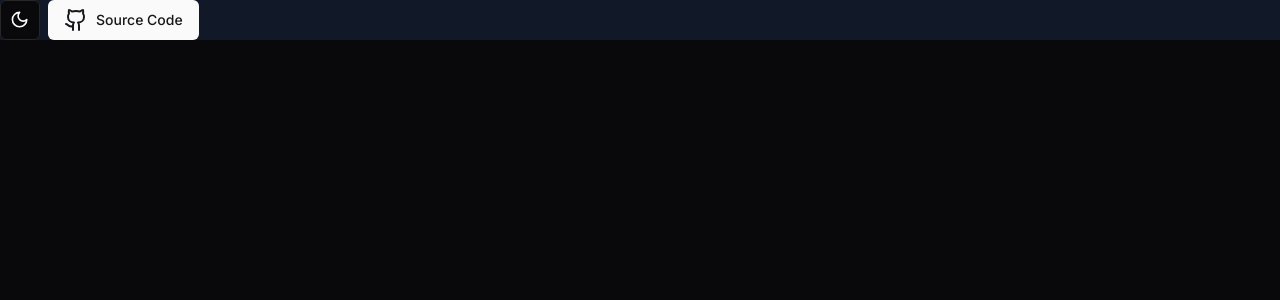
Repository: Young-Dev001/weather-app
Page: /
The author's editor kept a copy of each file at every save. The page is drawn from the files as they stood at one save, then again after the next save.
The browser window is 1280 px wide. The pictures show the whole page.
The project was rebuilt for these pictures with package versions that can differ from the ones it lists, and the page was loaded fresh each time. The framework's server and built-in components were replaced by stand-ins that run in the browser. Also part of the build but not shown: next.config.mjs.

Above is the page before, as saved 2024-06-09 11:39:56.

### app/layout.tsx
import type { Metadata } from "next";
import "./globals.css";
import { Inter as FontSans } from "next/font/google";
import { ThemeProvider } from "@/providers/theme-provider";

// Assign the font loader to a constant
const inter = FontSans({
  subsets: ["latin"],
  variable: "--font-sans",
});

export const metadata: Metadata = {
  title: "Weather App",
  description: "Generated by create next app",
};

export default function RootLayout({
  children,
}: Readonly<{
  children: React.ReactNode;
}>) {
  return (
    <html lang="en">
      <body className={inter.className}>
        <ThemeProvider
          attribute="class"
          defaultTheme="dark"
          enableSystem
          disableTransitionOnChange
        >
          {children}
        </ThemeProvider>
      </body>
    </html>
  );
}

### app/page.tsx
import Navbar from "@/components/Navbar";
import Image from "next/image";

export default function Home() {
  return (
    <main>
      <div>
        <Navbar />
      </div>
    </main>
  );
}

### app/globals.css
@tailwind base;
  @tailwind components;
  @tailwind utilities;


  @layer base {
    :root {
      --background: 0 0% 100%;
      --foreground: 240 10% 3.9%;
      --card: 0 0% 100%;
      --card-foreground: 240 10% 3.9%;
      --popover: 0 0% 100%;
      --popover-foreground: 240 10% 3.9%;
      --primary: 240 5.9% 10%;
      --primary-foreground: 0 0% 98%;
      --secondary: 240 4.8% 95.9%;
      --secondary-foreground: 240 5.9% 10%;
      --muted: 240 4.8% 95.9%;
      --muted-foreground: 240 3.8% 46.1%;
      --accent: 240 4.8% 95.9%;
      --accent-foreground: 240 5.9% 10%;
      --destructive: 0 84.2% 60.2%;
      --destructive-foreground: 0 0% 98%;
      --border: 240 5.9% 90%;
      --input: 240 5.9% 90%;
      --ring: 240 5.9% 10%;
      --radius: 0.5rem;
    }

    .dark {
      --background: 240 10% 3.9%;
      --foreground: 0 0% 98%;
      --card: 240 10% 3.9%;
      --card-foreground: 0 0% 98%;
      --popover: 240 10% 3.9%;
      --popover-foreground: 0 0% 98%;
      --primary: 0 0% 98%;
      --primary-foreground: 240 5.9% 10%;
      --secondary: 240 3.7% 15.9%;
      --secondary-foreground: 0 0% 98%;
      --muted: 240 3.7% 15.9%;
      --muted-foreground: 240 5% 64.9%;
      --accent: 240 3.7% 15.9%;
      --accent-foreground: 0 0% 98%;
      --destructive: 0 62.8% 30.6%;
      --destructive-foreground: 0 0% 98%;
      --border: 240 3.7% 15.9%;
      --input: 240 3.7% 15.9%;
      --ring: 240 4.9% 83.9%;
    }
  }

  @layer base {
    * {
      @apply border-border;
    }
    body {
      @apply bg-background text-foreground;
    }
  }

### components/Navbar.tsx
"use client"
import React from 'react'
import { useRouter } from 'next/navigation';
import { github } from '@/app/utils/icons';
import { Button } from './ui/button';
import ThemeDropDown from './ThemeDropDown';

function Navbar() {
const router = useRouter()

  return (
    <div className="bg-white border-gray-200 dark:bg-gray-900">
    <div className="left"></div>
    <div className="search-container flex shrink-0 w-full gap-2 sm:w-fit">
    <ThemeDropDown />
        <Button type="button" className="source-code flex items-center gap-2"
            onClick={() =>  router.push("/github")}>
                {github}Source Code
        </Button>
    </div>
    </div>

  );
}

export default Navbar

### app/utils/icons.tsx
import { Github, Sun } from "lucide-react";





export const github = <Github />;
export const sun = <Sun />

### components/ui/button.tsx
import * as React from "react"
import { Slot } from "@radix-ui/react-slot"
import { cva, type VariantProps } from "class-variance-authority"

import { cn } from "@/lib/utils"

const buttonVariants = cva(
  "inline-flex items-center justify-center whitespace-nowrap rounded-md text-sm font-medium ring-offset-background transition-colors focus-visible:outline-none focus-visible:ring-2 focus-visible:ring-ring focus-visible:ring-offset-2 disabled:pointer-events-none disabled:opacity-50",
  {
    variants: {
      variant: {
        default: "bg-primary text-primary-foreground hover:bg-primary/90",
        destructive:
          "bg-destructive text-destructive-foreground hover:bg-destructive/90",
        outline:
          "border border-input bg-background hover:bg-accent hover:text-accent-foreground",
        secondary:
          "bg-secondary text-secondary-foreground hover:bg-secondary/80",
        ghost: "hover:bg-accent hover:text-accent-foreground",
        link: "text-primary underline-offset-4 hover:underline",
      },
      size: {
        default: "h-10 px-4 py-2",
        sm: "h-9 rounded-md px-3",
        lg: "h-11 rounded-md px-8",
        icon: "h-10 w-10",
      },
    },
    defaultVariants: {
      variant: "default",
      size: "default",
    },
  }
)

export interface ButtonProps
  extends React.ButtonHTMLAttributes<HTMLButtonElement>,
    VariantProps<typeof buttonVariants> {
  asChild?: boolean
}

const Button = React.forwardRef<HTMLButtonElement, ButtonProps>(
  ({ className, variant, size, asChild = false, ...props }, ref) => {
    const Comp = asChild ? Slot : "button"
    return (
      <Comp
        className={cn(buttonVariants({ variant, size, className }))}
        ref={ref}
        {...props}
      />
    )
  }
)
Button.displayName = "Button"

export { Button, buttonVariants }

### components/ThemeDropDown.tsx
"use client"

import * as React from "react"
import { Moon, Sun } from "lucide-react"
import { useTheme } from "next-themes"

import { Button } from "@/components/ui/button"
import {
  DropdownMenu,
  DropdownMenuContent,
  DropdownMenuItem,
  DropdownMenuTrigger,
} from "@/components/ui/dropdown-menu"


function ThemeDropDown() {
    const { setTheme } = useTheme()
  return (
    <DropdownMenu>
      <DropdownMenuTrigger asChild>
        <Button variant="outline" size="icon">
          <Sun className="h-[1.2rem] w-[1.2rem] rotate-0 scale-100 transition-all dark:-rotate-90 dark:scale-0" />
          <Moon className="absolute h-[1.2rem] w-[1.2rem] rotate-90 scale-0 transition-all dark:rotate-0 dark:scale-100" />
          <span className="sr-only">Toggle theme</span>
        </Button>
      </DropdownMenuTrigger>
      <DropdownMenuContent align="end">
        <DropdownMenuItem onClick={() => setTheme("light")}>
          Light
        </DropdownMenuItem>
        <DropdownMenuItem onClick={() => setTheme("dark")}>
          Dark
        </DropdownMenuItem>
        <DropdownMenuItem onClick={() => setTheme("system")}>
          System
        </DropdownMenuItem>
      </DropdownMenuContent>
    </DropdownMenu>
  )
}

export default ThemeDropDown

### components/ui/dropdown-menu.tsx
"use client"

import * as React from "react"
import * as DropdownMenuPrimitive from "@radix-ui/react-dropdown-menu"
import { Check, ChevronRight, Circle } from "lucide-react"

import { cn } from "@/lib/utils"

const DropdownMenu = DropdownMenuPrimitive.Root

const DropdownMenuTrigger = DropdownMenuPrimitive.Trigger

const DropdownMenuGroup = DropdownMenuPrimitive.Group

const DropdownMenuPortal = DropdownMenuPrimitive.Portal

const DropdownMenuSub = DropdownMenuPrimitive.Sub

const DropdownMenuRadioGroup = DropdownMenuPrimitive.RadioGroup

const DropdownMenuSubTrigger = React.forwardRef<
  React.ElementRef<typeof DropdownMenuPrimitive.SubTrigger>,
  React.ComponentPropsWithoutRef<typeof DropdownMenuPrimitive.SubTrigger> & {
    inset?: boolean
  }
>(({ className, inset, children, ...props }, ref) => (
  <DropdownMenuPrimitive.SubTrigger
    ref={ref}
    className={cn(
      "flex cursor-default select-none items-center rounded-sm px-2 py-1.5 text-sm outline-none focus:bg-accent data-[state=open]:bg-accent",
      inset && "pl-8",
      className
    )}
    {...props}
  >
    {children}
    <ChevronRight className="ml-auto h-4 w-4" />
  </DropdownMenuPrimitive.SubTrigger>
))
DropdownMenuSubTrigger.displayName =
  DropdownMenuPrimitive.SubTrigger.displayName

const DropdownMenuSubContent = React.forwardRef<
  React.ElementRef<typeof DropdownMenuPrimitive.SubContent>,
  React.ComponentPropsWithoutRef<typeof DropdownMenuPrimitive.SubContent>
>(({ className, ...props }, ref) => (
  <DropdownMenuPrimitive.SubContent
    ref={ref}
    className={cn(
      "z-50 min-w-[8rem] overflow-hidden rounded-md border bg-popover p-1 text-popover-foreground shadow-lg data-[state=open]:animate-in data-[state=closed]:animate-out data-[state=closed]:fade-out-0 data-[state=open]:fade-in-0 data-[state=closed]:zoom-out-95 data-[state=open]:zoom-in-95 data-[side=bottom]:slide-in-from-top-2 data-[side=left]:slide-in-from-right-2 data-[side=right]:slide-in-from-left-2 data-[side=top]:slide-in-from-bottom-2",
      className
    )}
    {...props}
  />
))
DropdownMenuSubContent.displayName =
  DropdownMenuPrimitive.SubContent.displayName

const DropdownMenuContent = React.forwardRef<
  React.ElementRef<typeof DropdownMenuPrimitive.Content>,
  React.ComponentPropsWithoutRef<typeof DropdownMenuPrimitive.Content>
>(({ className, sideOffset = 4, ...props }, ref) => (
  <DropdownMenuPrimitive.Portal>
    <DropdownMenuPrimitive.Content
      ref={ref}
      sideOffset={sideOffset}
      className={cn(
        "z-50 min-w-[8rem] overflow-hidden rounded-md border bg-popover p-1 text-popover-foreground shadow-md data-[state=open]:animate-in data-[state=closed]:animate-out data-[state=closed]:fade-out-0 data-[state=open]:fade-in-0 data-[state=closed]:zoom-out-95 data-[state=open]:zoom-in-95 data-[side=bottom]:slide-in-from-top-2 data-[side=left]:slide-in-from-right-2 data-[side=right]:slide-in-from-left-2 data-[side=top]:slide-in-from-bottom-2",
        className
      )}
      {...props}
    />
  </DropdownMenuPrimitive.Portal>
))
DropdownMenuContent.displayName = DropdownMenuPrimitive.Content.displayName

const DropdownMenuItem = React.forwardRef<
  React.ElementRef<typeof DropdownMenuPrimitive.Item>,
  React.ComponentPropsWithoutRef<typeof DropdownMenuPrimitive.Item> & {
    inset?: boolean
  }
>(({ className, inset, ...props }, ref) => (
  <DropdownMenuPrimitive.Item
    ref={ref}
    className={cn(
      "relative flex cursor-default select-none items-center rounded-sm px-2 py-1.5 text-sm outline-none transition-colors focus:bg-accent focus:text-accent-foreground data-[disabled]:pointer-events-none data-[disabled]:opacity-50",
      inset && "pl-8",
      className
    )}
    {...props}
  />
))
DropdownMenuItem.displayName = DropdownMenuPrimitive.Item.displayName

const DropdownMenuCheckboxItem = React.forwardRef<
  React.ElementRef<typeof DropdownMenuPrimitive.CheckboxItem>,
  React.ComponentPropsWithoutRef<typeof DropdownMenuPrimitive.CheckboxItem>
>(({ className, children, checked, ...props }, ref) => (
  <DropdownMenuPrimitive.CheckboxItem
    ref={ref}
    className={cn(
      "relative flex cursor-default select-none items-center rounded-sm py-1.5 pl-8 pr-2 text-sm outline-none transition-colors focus:bg-accent focus:text-accent-foreground data-[disabled]:pointer-events-none data-[disabled]:opacity-50",
      className
    )}
    checked={checked}
    {...props}
  >
    <span className="absolute left-2 flex h-3.5 w-3.5 items-center justify-center">
      <DropdownMenuPrimitive.ItemIndicator>
        <Check className="h-4 w-4" />
      </DropdownMenuPrimitive.ItemIndicator>
    </span>
    {children}
  </DropdownMenuPrimitive.CheckboxItem>
))
DropdownMenuCheckboxItem.displayName =
  DropdownMenuPrimitive.CheckboxItem.displayName

const DropdownMenuRadioItem = React.forwardRef<
  React.ElementRef<typeof DropdownMenuPrimitive.RadioItem>,
  React.ComponentPropsWithoutRef<typeof DropdownMenuPrimitive.RadioItem>
>(({ className, children, ...props }, ref) => (
  <DropdownMenuPrimitive.RadioItem
    ref={ref}
    className={cn(
      "relative flex cursor-default select-none items-center rounded-sm py-1.5 pl-8 pr-2 text-sm outline-none transition-colors focus:bg-accent focus:text-accent-foreground data-[disabled]:pointer-events-none data-[disabled]:opacity-50",
      className
    )}
    {...props}
  >
    <span className="absolute left-2 flex h-3.5 w-3.5 items-center justify-center">
      <DropdownMenuPrimitive.ItemIndicator>
        <Circle className="h-2 w-2 fill-current" />
      </DropdownMenuPrimitive.ItemIndicator>
    </span>
    {children}
  </DropdownMenuPrimitive.RadioItem>
))
DropdownMenuRadioItem.displayName = DropdownMenuPrimitive.RadioItem.displayName

const DropdownMenuLabel = React.forwardRef<
  React.ElementRef<typeof DropdownMenuPrimitive.Label>,
  React.ComponentPropsWithoutRef<typeof DropdownMenuPrimitive.Label> & {
    inset?: boolean
  }
>(({ className, inset, ...props }, ref) => (
  <DropdownMenuPrimitive.Label
    ref={ref}
    className={cn(
      "px-2 py-1.5 text-sm font-semibold",
      inset && "pl-8",
      className
    )}
    {...props}
  />
))
DropdownMenuLabel.displayName = DropdownMenuPrimitive.Label.displayName

const DropdownMenuSeparator = React.forwardRef<
  React.ElementRef<typeof DropdownMenuPrimitive.Separator>,
  React.ComponentPropsWithoutRef<typeof DropdownMenuPrimitive.Separator>
>(({ className, ...props }, ref) => (
  <DropdownMenuPrimitive.Separator
    ref={ref}
    className={cn("-mx-1 my-1 h-px bg-muted", className)}
    {...props}
  />
))
DropdownMenuSeparator.displayName = DropdownMenuPrimitive.Separator.displayName

const DropdownMenuShortcut = ({
  className,
  ...props
}: React.HTMLAttributes<HTMLSpanElement>) => {
  return (
    <span
      className={cn("ml-auto text-xs tracking-widest opacity-60", className)}
      {...props}
    />
  )
}
DropdownMenuShortcut.displayName = "DropdownMenuShortcut"

export {
  DropdownMenu,
  DropdownMenuTrigger,
  DropdownMenuContent,
  DropdownMenuItem,
  DropdownMenuCheckboxItem,
  DropdownMenuRadioItem,
  DropdownMenuLabel,
  DropdownMenuSeparator,
  DropdownMenuShortcut,
  DropdownMenuGroup,
  DropdownMenuPortal,
  DropdownMenuSub,
  DropdownMenuSubContent,
  DropdownMenuSubTrigger,
  DropdownMenuRadioGroup,
}

### tailwind.config.ts
/**
 * @type {import('@types/tailwindcss/tailwind-config').TailwindConfig}
 */

import type { Config } from "tailwindcss"
const { fontFamily } = require("tailwindcss/defaultTheme")

const config = {
  darkMode: ["class"],
  content: [
    './pages/**/*.{ts,tsx}',
    './components/**/*.{ts,tsx}',
    './app/**/*.{ts,tsx}',
    './src/**/*.{ts,tsx}',
    "./public/**/*.html",
	],
  prefix: "",
  plugins: [
    require("flowbite/plugin")
  ],
  theme: {
    container: {
      center: true,
      padding: "2rem",
      screens: {
        "2xl": "1400px",
      },
    },
    extend: {
      fontFamily: {
        sans: ["var(--font-sans)", ...fontFamily.sans],
      },
      colors: {
        border: "hsl(var(--border))",
        input: "hsl(var(--input))",
        ring: "hsl(var(--ring))",
        background: "hsl(var(--background))",
        foreground: "hsl(var(--foreground))",
        primary: {
          DEFAULT: "hsl(var(--primary))",
          foreground: "hsl(var(--primary-foreground))",
        },
        secondary: {
          DEFAULT: "hsl(var(--secondary))",
          foreground: "hsl(var(--secondary-foreground))",
        },
        destructive: {
          DEFAULT: "hsl(var(--destructive))",
          foreground: "hsl(var(--destructive-foreground))",
        },
        muted: {
          DEFAULT: "hsl(var(--muted))",
          foreground: "hsl(var(--muted-foreground))",
        },
        accent: {
          DEFAULT: "hsl(var(--accent))",
          foreground: "hsl(var(--accent-foreground))",
        },
        popover: {
          DEFAULT: "hsl(var(--popover))",
          foreground: "hsl(var(--popover-foreground))",
        },
        card: {
          DEFAULT: "hsl(var(--card))",
          foreground: "hsl(var(--card-foreground))",
        },
      },
      borderRadius: {
        lg: "var(--radius)",
        md: "calc(var(--radius) - 2px)",
        sm: "calc(var(--radius) - 4px)",
      },
      keyframes: {
        "accordion-down": {
          from: { height: "0" },
          to: { height: "var(--radix-accordion-content-height)" },
        },
        "accordion-up": {
          from: { height: "var(--radix-accordion-content-height)" },
          to: { height: "0" },
        },
      },
      animation: {
        "accordion-down": "accordion-down 0.2s ease-out",
        "accordion-up": "accordion-up 0.2s ease-out",
      },
    },
  },
  plugins: [require("tailwindcss-animate")],
} satisfies Config

export default config

Loaded but not shown: providers/theme-provider.tsx (common file); lib/utils.ts (common file)

After the next save:
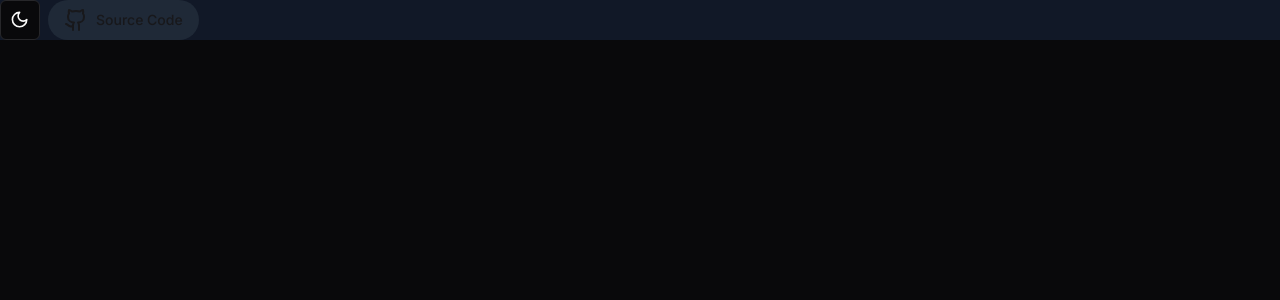
Saved 72 s later.
--- a/components/Navbar.tsx
+++ b/components/Navbar.tsx
@@ -13,7 +13,7 @@ const router = useRouter()
     <div className="left"></div>
     <div className="search-container flex shrink-0 w-full gap-2 sm:w-fit">
     <ThemeDropDown />
-        <Button type="button" className="source-code flex items-center gap-2"
+        <Button type="button" className="source-code flex items-center gap-2  flex text-sm bg-gray-800 rounded-full md:me-0 focus:ring-4 focus:ring-gray-300 dark:focus:ring-gray-600"
             onClick={() =>  router.push("/github")}>
                 {github}Source Code
         </Button>
